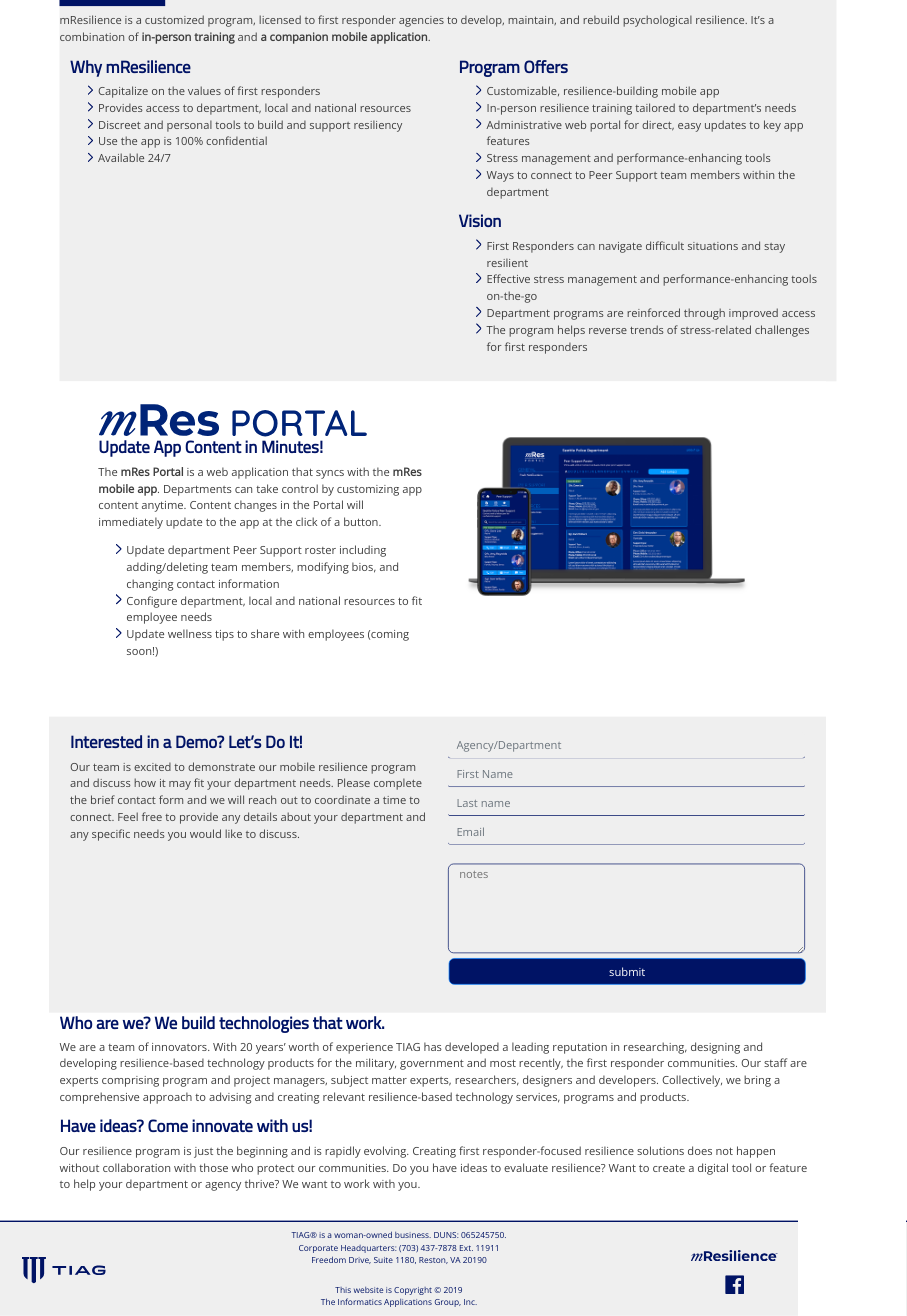
Repository: shenjune/mResilienceWebsite
Page: index.html
These files come from the project's save history. The page is drawn as it stood at one moment and after the next save; the edit follows.
The browser window is 1280 px wide. The page is 1295 px wide, so the pictures cover 1295 px, including what lies to the right of the window. The pictures show the part of the page from y = 1304 to 3184 px (the page is 3184 px tall), at 70% of full size.
Some web libraries are served in a nearby version.

Above is the page before, as saved 2019-11-11 08:45:51.

### index.html
<!doctype html>
<html lang="en">
<head>
	<title>TIAG mResilience</title>
	<!-- Required meta tags -->
	<meta charset="utf-8">
	<meta name="viewport" content="width=device-width, initial-scale=1, shrink-to-fit=no">

	<!-- NOTE: moved reset to before all other stylesheets -->
	<link rel="reset" href="./Assets/reset.css">

	<!-- Google Fonts -->
	<link href="https://fonts.googleapis.com/css?family=Titillium+Web&display=swap" rel="stylesheet">
	<link href="https://fonts.googleapis.com/css?family=Open+Sans&display=swap" rel="stylesheet">

	<!-- Bootstrap CSS -->
	<link rel="stylesheet" href="https://stackpath.bootstrapcdn.com/bootstrap/4.3.1/css/bootstrap.min.css" integrity="sha384-ggOyR0iXCbMQv3Xipma34MD+dH/1fQ784/j6cY/iJTQUOhcWr7x9JvoRxT2MZw1T" crossorigin="anonymous">

	<!-- Font Awesome CSS Icons (For cool glyphicons) -->
	<link rel="stylesheet" href="https://maxcdn.bootstrapcdn.com/font-awesome/4.5.0/css/font-awesome.min.css" />

	<!-- CSS Stylesheet -->
	<!-- NOTE: removed `media="screen"` attribute below since there's only one custom stylesheet -->
	<link rel="stylesheet" href="style.css"/>

</head>

<body>

<!-- 01 Nav -->
	<nav class="navbar navbar-expand-lg nav-bg-color navbar-light" id="nav">
		<a class="navbar-brand" href="#">
			<img src="Assets/Images/mResFullLogo1.svg" alt="mResilience Logo" class="img-fluid">
		</a>
		<button class="navbar-toggler" type="button" data-toggle="collapse" data-target="#navbarSupportedContent" aria-controls="navbarSupportedContent" aria-expanded="false" aria-label="Toggle navigation">
			<span class="navbar-toggler-icon"></span>
		</button>

		<!--Start of NavBar links-->
		<div class="collapse navbar-collapse titillium-font" id="navbarSupportedContent">
			<ul class="navbar-nav ml-auto">
			<!--NavBar Main Link-->
				<li class="nav-item">
					<a class="nav-link" href="#main"><h5 class= "secondFont">Main</h5><span class="sr-only">(current)</span></a>
				</li>
				<!--NavBar Why Link-->
				<li class="nav-item">
					<a class="nav-link" href="#why"><h5 class= "secondFont">The Why</h5></a>
				</li>
				<!--NavBar Features Link-->
				<li class="nav-item">
					<a class="nav-link" href="#portal-div"><h5 class= "secondFont">Features</h5></a>
				</li>
				<!--NavBar Contact Link-->
				<li class="nav-item">
					<a class="nav-link" href="#back-form"><h5 class= "secondFont">Contact</h5></a>
				</li>
				<!--NavBar About Link-->
				<li class="nav-item">
					<a class="nav-link" href="#about"><h5 class= "secondFont">About</h5></a>
				</li>
				<!--NavBar Facebook Link-->
				<li class="nav-item" id="nav-fb">
					<a href="https://www.facebook.com/mresilience/"  target= "_blank" class="nav-link"><img src="Assets/Images/Facebook.svg" alt="facebook logo"></a>
				</li>
				<!--NavBar TIAG Link to www.tiag.net-->
				<li class="nav-item" id="nav-tiag">
					<a href="http://tiag.net" target="_blank" class="nav-link"><img src="Assets/Images/TIAGlogo.svg" height="25Spx" alt="TIAG logo"></a>
				</li>
			</ul>
		</div>
	</nav>

	<!-- 02 Main -->
	<div class="row" id="main">
		<div class="col-lg-7 ml-auto col-sm-12">
			<img src="Assets/Images/01MainPhone.png" width="100%">
		</div>
		<div class="align-left col-lg-5 ml-auto ">
			<!-- Beginning header image and opening paragraph -->
			<img src="Assets/Images/mResLogo.svg" alt="mResLogo" class="mobilePadding" id="mResLogo">
			<h4 class="secondFont mobilePadding">
				Mobile App for First Responders
			</h4>
			<p class="lead mobilePadding" id="leadText">A customizable resilience-building app available 24/7 that provides direct access to peer support, department supported resources, and stress management tools.</p>
		</div>

		<div class="col-12" id="mainBottomImage">
			<!-- NOTE: style this image using id or class in the stylesheet -->
			<img src="Assets/Images/02MainFooterImage.png" id="mainBottomImage" alt="image of first responders">
		</div>
	</div>

	<div class="container" id="everything">
		<!-- 03 The Why -->
		<div id="why" class="container">
			<div class="row">
				<div class="col-12" id= "3A">
					<!-- 03A: First Responder Challenges section-->
					<div class="row" id="challengesHeader">
						<h4 class="invert">First Responder Challenges</h4>
					</div>

					<!-- 03A: First Responder Challenges text -->
					<div class="row" id="challengeStatement">
						<p>First responders put resilience to the test every day. The ability to “bounce back” is critical to do the work of protecting and saving lives. But the challenges of first responder work hit at the core. <strong>Strengthening</strong> and <strongaintaining resilience</strong> are the cornerstone of any prevention program.</p>
					</div>

					<!-- 03A: Bullet Points -->
					<div class="row" id="titles">
						<!-- STRESS SECTION -->
						<div class="col-lg-6 col-sm-12" id="stressSubHeader">
							<h4 class= "secondFont">Effects of Stress & Trauma</h4>
							<!-- STRESS PTS -->
							<div class="row">
							<!-- STRESS BULLET POINTS I-->
								<div class="col-6" >
									<ul class="checkBullets">
										<li>Burnout</li>
										<li>Obesity</li>
										<li>Substance Abuse</li>
										<li>PTSD</li>
										<li>Depression</li>
									</ul>
								</div>
						<!-- STRESS BULLET POINTS PT II-->
								<div class="col-6" >
									<ul class="checkBullets">
										<li>Anxiety</li>
										<li>Domestic Abuse</li>
										<li>Suicide</li>
										<li>Poor cardiac health</li>
										<li>Agitation/Anger</li>
									</ul>
								</div>
							</div>
						</div>

						<!-- DEPARTMENT SECTION -->
						<div class="col-lg-6 col-sm-12" id="challengesSubHeader">
							<h4 class= "secondFont">Department Challenges</h4>
							<div class="row">
							<!-- DEPARTMENT PTS -->
								<div class="col-12" id="challengebullets">
									<ul class= "exPt">
										<li>Impact of stress on productivity, performance and retention</li>
										<li>Cost-effective ways to address the mental challenges of the job</li>
										<li>The stigma against seeking psychological help</li>
									</ul>
								</div>
							</div>
						</div>
					</div>
				</div>
			</div>

			<!--03B: The Solution Section-->
			<div id="solutionSection">
				<!-- Solution Title -->
				<div class="row" id="solutionHeader">
					<h4 class="invert">The Solution</h4>
				</div>

				<!-- Solution Statement -->
				<div class="row" id="solutionStatement">
					<p>mResilience is a customized program, licensed to first responder agencies to develop, maintain, and rebuild psychological resilience. It’s a combination of <strong>in-person training</strong> and <strong>a companion mobile application</strong>.</p>
				</div>

				<!-- Solution Bullet Points -->
				<div class="row" id="titles2">
					<div class="col-lg-6 ml-auto col-sm-12" id="whymResSubHeader">
						<h4 class="secondFont">Why mResilience</h4>
						<ul class="arrow" id="whyBullets">
							<li>Capitalize on the values of first responders</li>
							<li>Provides access to department, local and national resources</li>
							<li>Discreet and personal tools to build and support resiliency</li>
							<li>Use the app is 100% confidential</li>
							<li>Available 24/7</li>
						</ul>
					</div>

				<!-- <div id="programOffers"> -->
					<div class="col-lg-6 ml-auto col-sm-12" id="programSubHeader">
						<h4 class="secondFont">Program Offers</h4>
						<ul class="arrow" id="offerBullets">
							<li>Customizable, resilience-building mobile app</li>
							<li>In-person resilience training tailored to department’s needs</li>
							<li>Administrative web portal for direct, easy updates to key app features</li>
							<li>Stress management and performance-enhancing tools</li>
							<li>Ways to connect to Peer Support team members within the department</li>
						</ul>
					</div>
				</div>

				<!-- Vision Bullet Points -->
				<!-- need to add align left to this div -->
				<div class="row">
					<div class="col-lg-6 ml-auto col-sm-12" id="visionSubheader">
						<h4 class="secondFont">Vision</h4>
						<ul class="arrow">
							<li>First Responders can navigate difficult situations and stay resilient</li>
							<li>Effective stress management and performance-enhancing tools on-the-go</li>
							<li>Department programs are reinforced through improved access</li>
							<li>The program helps reverse trends of stress-related challenges for first responders</li>
						</ul>
					</div>
				</div>
			</div>
		</div>

		<!-- 04 PORTAL DIV -->
		<div id="portal-div" class="container row">
			<!-- div for the portal text -->
			<div class="col-lg-6 ml-auto col-sm-12">
				<img id="portallogo" src="Assets/Images/portallogo2.svg" alt="mResLogo">
				<h4 class= "secondFont">Update App Content in Minutes!</h4>
				<p>The <strong>mRes Portal</strong> is a web application that syncs with the <strong>mRes mobile app</strong>. Departments can take control by customizing app content anytime. Content changes in the Portal will immediately update to the app at the click of a button.</p>

				<ul class="arrow">
					<li>Update department Peer Support roster including adding/deleting team members, modifying bios, and changing contact information</li>
					<li>Configure department, local and national resources to fit employee needs</li>
					<li>Update wellness tips to share with employees (coming soon!)</li>
				</ul>
			</div>

		<!-- div for the Feature images -->
			<div class="col-lg-6 col-sm-12">
				<img id='portalImg' src="Assets/Images/portal.png" alt="portalImg">
			</div>
		</div>

		<!---- 05 Contact Form ---->
		<div id="back-form" class="container mobilePadding2 row">
			<div class="col-lg-6 col-sm-12">
				<h4 class="secondFont">Interested in a Demo? Let’s Do It!</h4>
				<p>Our team is excited to demonstrate our mobile resilience program and discuss how it may fit your department needs. Please complete the brief contact form and we will reach out to coordinate a time to connect. Feel free to provide any details about your department and any specific needs you would like to discuss.</p>
			</div>

			<form class= "col-lg-6 col-sm-12" id="back-form2">
			<!-- INPUT SECTION -->
				<div class="form-group" >
					<!-- Department input -->
					<input type="text" class="form-control input-border" id="user-dept" placeholder="Agency/Department">

					<!-- First name input -->
					<input type="text" class="form-control input-border" id="user-name" placeholder="First Name">

					<!-- Last name input -->
					<input type="text" class="form-control input-border" id="user-last-name" placeholder="Last name">

					<!-- Email input -->
					<input type="email" class="form-control input-border" id="user-email" placeholder="Email">

					<!-- Notes input -->
					<label for="message"></label>
					<textarea class="col-lg-12" id="message" name="message" required="required" placeholder="notes"></textarea>

				<!-- Submit button -->
					<button type="submit" class="btn btn-primary" id="send">submit</button>
				</div>
			</form>
		</div>

		<!--06 About TIAG goes here-->
		<div id="about" class="container mobilePadding2 row">
			<h4 class="secondFont" id="whoWeAre">
				<strong>Who are we?</strong>  We build technologies that work.
			</h4>
			<p id ="whoWeAreP">We are a team of innovators. With 20 years’ worth of experience TIAG has developed a leading reputation in researching, designing and developing resilience-based technology products for the military, government and most recently, the first responder communities. Our staff are experts comprising program and project managers, subject matter experts, researchers, designers and developers. Collectively, we bring a comprehensive approach to advising and creating relevant resilience-based technology services, programs and products.</p>
			<h4 class="secondFont" id="haveIdeas">
				<strong>Have ideas?</strong> Come innovate with us!
			</h4>
			<p id="haveIdeasP">Our resilience program is just the beginning and is rapidly evolving. Creating first responder-focused resilience solutions does not happen without collaboration with those who protect our communities. Do you have ideas to evaluate resilience? Want to create a digital tool or feature to help your department or agency thrive? We want to work with you.</p>
			<br>
		</div>
	</div>

	<!-- FOOTER FOR THE WEBSITE -->
	<footer class="footer container">
		<div id= "footer-row" class="row">
		<!-- footer conditions in Javascript will reference this div -->
		</div>
	</footer>

	<!-- Optional JavaScript -->
	<!-- jQuery first, then Popper.js, then Bootstrap JS -->
	<script src="https://code.jquery.com/jquery-3.1.1.min.js"></script>
	<script src="https://cdnjs.cloudflare.com/ajax/libs/twitter-bootstrap/4.0.0/js/bootstrap.bundle.min.js"></script>

	<!-- commented out to make nytimes api work -->
	<!-- <script src="https://code.jquery.com/jquery-3.3.1.slim.min.js" integrity="sha384-q8i/X+965DzO0rT7abK41JStQIAqVgRVzpbzo5smXKp4YfRvH+8abtTE1Pi6jizo" crossorigin="anonymous"></script> -->
	<script src="https://cdnjs.cloudflare.com/ajax/libs/popper.js/1.14.7/umd/popper.min.js" integrity="sha384-UO2eT0CpHqdSJQ6hJty5KVphtPhzWj9WO1clHTMGa3JDZwrnQq4sF86dIHNDz0W1" crossorigin="anonymous"></script>
	<script src="https://stackpath.bootstrapcdn.com/bootstrap/4.3.1/js/bootstrap.min.js" integrity="sha384-JjSmVgyd0p3pXB1rRibZUAYoIIy6OrQ6VrjIEaFf/nJGzIxFDsf4x0xIM+B07jRM" crossorigin="anonymous"></script>

	<!-- script link to send email from contact form to tiag -->
	<script src="https://smtpjs.com/v3/smtp.js"></script>
	<script src="script.js"></script>

</body>
</html>

### style.css
/* BODY */

body {
    /*  APPLIES OPEN SANS WITH GREY COLOR TO WHOLE PAGE */
    /*  Desired effect is making all text the grey and sans */
    font-family: 'Open Sans', sans-serif;
    color: #3e3e3e;
    width: 100%;
    font-weight: normal;
}

/*  CLASS FOR TITILLIUM FONT WITH BLUE COLOR */

.secondFont {
    font-family: 'Titillium Web', sans-serif;
    color: #001365;
    font-weight: bold;
}

/*  CLASS FOR INVERTED HEADER */

.invert {
    margin-top: 15px;
    font-family: 'Titillium Web', sans-serif;
    color: #eeeeee;
    background-color: #001365;
    padding: 10px;
    padding-left: 15px;
}

/* 01 Nav */

/*scroll-behavior animation for Chrome and FoxFire*/
html {
    scroll-behavior: smooth;
}

#nav{
    position: fixed;
    z-index: 1;
}

nav {
    background-color: #efefef;
    border-bottom: 2px solid #001365;
    top: 0;
    width: 100%;
}

.nav-link {
    margin-right: 15px;
    padding: 5px;
    margin-top: 0px;
    align-items: center;
    justify-content: center;
    }

.nav-link h5:hover {
    font-family: 'Titillium Web', sans-serif;
    color: #eeeeee;
    background-color: #001365;
    }


/* 02 Main Section */

div#main.row{
    margin-top: 8%;
}

#main h4 {
    margin-top: 30px;
}

#mResLogo {
    margin-top: 5%;
}

#mainBottomImage {
    width: 100%;
    height: auto;
    margin: 0 auto;
    position: relative;
    top: 0;
    bottom:0;
    z-index: -1;
}
/* White mResilience Logo that overlays on the people picture under the mobile app image in 02. Main section*/
/*div img#whiteLogo {
    margin: 10% 35%;
    position: absolute;
} */

/* 03 The Why Section */

#why {
    background:#efefef;
    padding-bottom: 2%;
}

.checkBullets {
    list-style-image: url('Assets/Images/02checkmark.svg');
}

.exPt {
    list-style-image: url('Assets/Images/02exclamation.svg');
}

.arrow {
    list-style-image: url('Assets/Images/02arrow.svg')
}

/* 04 Portal Section*/

#portal-div {
    color:#3e3e3e;
    background:white;
    width:100%;
    padding-top: 2%;
    padding-left: 5%;
    padding-right: 5%;
    padding-bottom:5%;
}

#portallogo {
    height: 12%;
    margin-top: 2%;

}

#portalImg {
    width:100%;
    height:auto;
    padding-top: 8%;
    padding-right:3%;
}

/* 05 contact form */

#back-form {
    background:#efefef;
    padding-top: 2%;
    padding-bottom: 2%;
}
div.container div.row h4.secondFont{
    padding-top: 0%;
}

div.container div.row form#back-form.col-lg-6.col-sm-12{
    padding-top:2%;
    padding-left: 0%;
}
/* 05 Contact form border & background color by ID */

.input-row {
    margin-top:10px;
    margin-bottom:10px;
}

#user-dept {
    background:#efefef;
}

#user-name {
    background:#efefef;
}

#user-last-name {
    background:#efefef;
}

#user-email {
    background:#efefef;
}

#message{
    border-radius: 8px;
    height: 8em;
    border: 1.5px solid #001365;
    background:#efefef;
}

.input-border {
    border-style: none;
    border-bottom: 1.5px solid #001365;
    margin-bottom: .20em;
}

#send{
    width: 100%;
    margin: 1px;
    background-color: #001365;
    border-radius:8px;
}

#send:hover{
    background-color: #EFEFEF;
    color:#001365;
}

/*Footer*/
.footer {
    border-top: 2px solid #001365;
    padding: 10px;
    bottom: 0;
    width: 100%;
    background: #efefef;
    text-align: center;
    color: #001365;
    float: left;

}

.pFooter {
    font-size: 12px;
    margin: 0px;
    line-height: 1.5em;
}

.footerImage {
    padding: 10px;
    margin-left: auto;
    margin-right: auto;
}

h3 {
    color: #001365;
}

/* when the screen is mobile the padding for the 02 Main section and 06 About sections are given more space for readability */
@media only screen and (max-width:600px){
    .mobilePadding {
        padding-left:13%;
        padding-right: 5%;
    }

    .mobilePadding2 {
        padding-left: 8%;
        padding-right: 5%;
    }

    #portallogo {
        height: 10%;
        padding-bottom: 3%;
    }
};

/* when the screen is for a desktop the padding for the 02 Main is change for nicer visual spacing */
@media only screen and (min-width: 768px) {
    #leadText {
        padding-right: 15%;
    }

    #portallogo {
        height: 12%;
        padding-bottom: 3%;
    }
};

### script.js
//IN THIS FILE:
// 06. Code for Footer styling for device size
// 04. Code for Email Validation API (requirement for class).

'use strict';

var department; // not sure we will need this one
var name;
var lastName;
var emailAddress;
var comments;
var x = window.matchMedia("(max-width: 700px)");

//O6. FOOTER
// foot icons
var icon1=$('<a target="_blank" href="http://tiag.net/"><img class= "footerImage center-block" src= "Assets/Images/TIAGlogo.svg" alt= "TIAGlogo" style= "margin-top: 30px;"></a>');
var icon2=$('<img class= "footerImage" src= "Assets/Images/mresilience_sm_blue.svg" alt= "mresilience_sm_blue" style= "margin-top: 20px;">');
var icon3=$('<a target="_blank" href="https://www.facebook.com/mresilience/"><img class= "footerImage" src= "Assets/Images/Facebook.svg" alt="fbLogo"></a>');

// footer text
var p1 =$('<p class= "pFooter"> TIAG® is a woman-owned business. DUNS: 065245750.</p>');
var p2 =$('<p class= "pFooter"> Corporate Headquarters: (703) 437-7878 Ext. 11911 </p>');
var p3 =$('<p class= "pFooter"> Freedom Drive, Suite 1180, Reston, VA 20190 </p>');
var p4 =$('<p class= "pFooter"> This website is Copyright © 2019 </p>');
var p5 =$('<p class= "pFooter"> The Informatics Applications Group, Inc. </p>');

function checkMobile(x){
    if(x.matches) {
        $('#footer-row').empty();
        var mobileMiddle1 = $("<div id= 'footer-body' class= 'col-sm-12'>").appendTo('#footer-row');
            // adding Text
            $(p1).appendTo(mobileMiddle1);
            $(p2).appendTo(mobileMiddle1);
            $(p3).appendTo(mobileMiddle1);
            $('<br>').appendTo(mobileMiddle1);
            $(p4).appendTo(mobileMiddle1);
            $(p5).appendTo(mobileMiddle1);

        var mobileMiddle2 = $("<div style= 'width:100%' class= 'col-sm-12'>").appendTo('#footer-row');
            // adding icons
            $(icon1).appendTo(mobileMiddle2);
            $(icon2).appendTo(mobileMiddle2);
            $(icon3).appendTo(mobileMiddle2);
    }
    else {
        $('#footer-row').empty();

         // adds first icon to the footer (left)
        var leftSide= $("<div class= 'col-2'>").appendTo('#footer-row');
        $(icon1).appendTo(leftSide);

         // adds footer text to the footer (middle)
        var middleSide= $("<div id= 'footer-body' class= 'col-8'>").appendTo('#footer-row');
        $(p1).appendTo(middleSide);
        $(p2).appendTo(middleSide);
        $(p3).appendTo(middleSide);
        $('<br>').appendTo(middleSide);
        $(p4).appendTo(middleSide);
        $(p5).appendTo(middleSide);

         // adds icons to the footer (right)
        var rightSide= $("<div class= 'col-2'>").appendTo('#footer-row');
        $(icon2).appendTo(rightSide);
        $(icon3).appendTo(rightSide);
    }
}

checkMobile(x); // call function at run time
x.addListener(checkMobile); // attatch listener function on state change



//04 CONTACT FORM with Email Validation API//

// function to gather the contact info
function contact() {
    name = $('#user-name').val().trim();
    emailAddress = $('#user-email').val().trim();
    comments = $('#message').val().trim();
};

// Email Validation
var access_key = '7f95822a0882fc130f048a764288d1c1';
var email_address = 'support@apilayer.com';
function validateEmail(cb) {
    // verify email address via AJAX call
    return $.ajax({
        url: 'https://apilayer.net/api/check?access_key=' + access_key + '&email=' + emailAddress,
        dataType: 'jsonp',
        success: function (json) {
            // console.log(json);
            // Access and use your preferred validation result objects
            // console.log(json.format_valid);
            // console.log(json.smtp_check);
            // console.log(json.score);
            // cb(format_valid, smtp_check)
            return json
        }
    });
};

// click event on submit button will get contact() to run
$('#back-form').on('submit', async function (stop) {
    stop.preventDefault();
    contact();
//$('#user-name').empty();

    var validate = await validateEmail();
    // console.log(validate)
    const { format_valid, smtp_check } = validate;

    // if validEmail is true, alert to the user, enter in a valid email
    if (smtp_check === true && format_valid === true) {

        Email.send({
            Host: 'smtp25.elasticemail.com',
            Username: 'marinocarranza@hotmail.com',
            Password: 'a5b01d0e-fdfe-4593-8205-cb8f0d332406',
            To: 'jjune@tiag.net',    //my preferred email
            From: 'marinocarranza@hotmail.com',  //user input
            Subject: `${name} PORTFOLIO feedback`,    // user input
            Body: `${name} had this to say: ${comments}    ===>  Write back at ${emailAddress}`   // will come from user input in the comment form
        }).then(
            message => alert("Thank you for your feedback! An mResilience member will get back to you soon!")    // when email sends
        )}else {
        alert('Please provide valid email');    // when email is invalid
    };

    //$('#back-form').reset();
    $("#user-dept").val("");
    $("#user-name").val("");
    $("#user-last-name").val("");
    $("#user-email").val("");
    $("#message").val("");
});

After the next save:
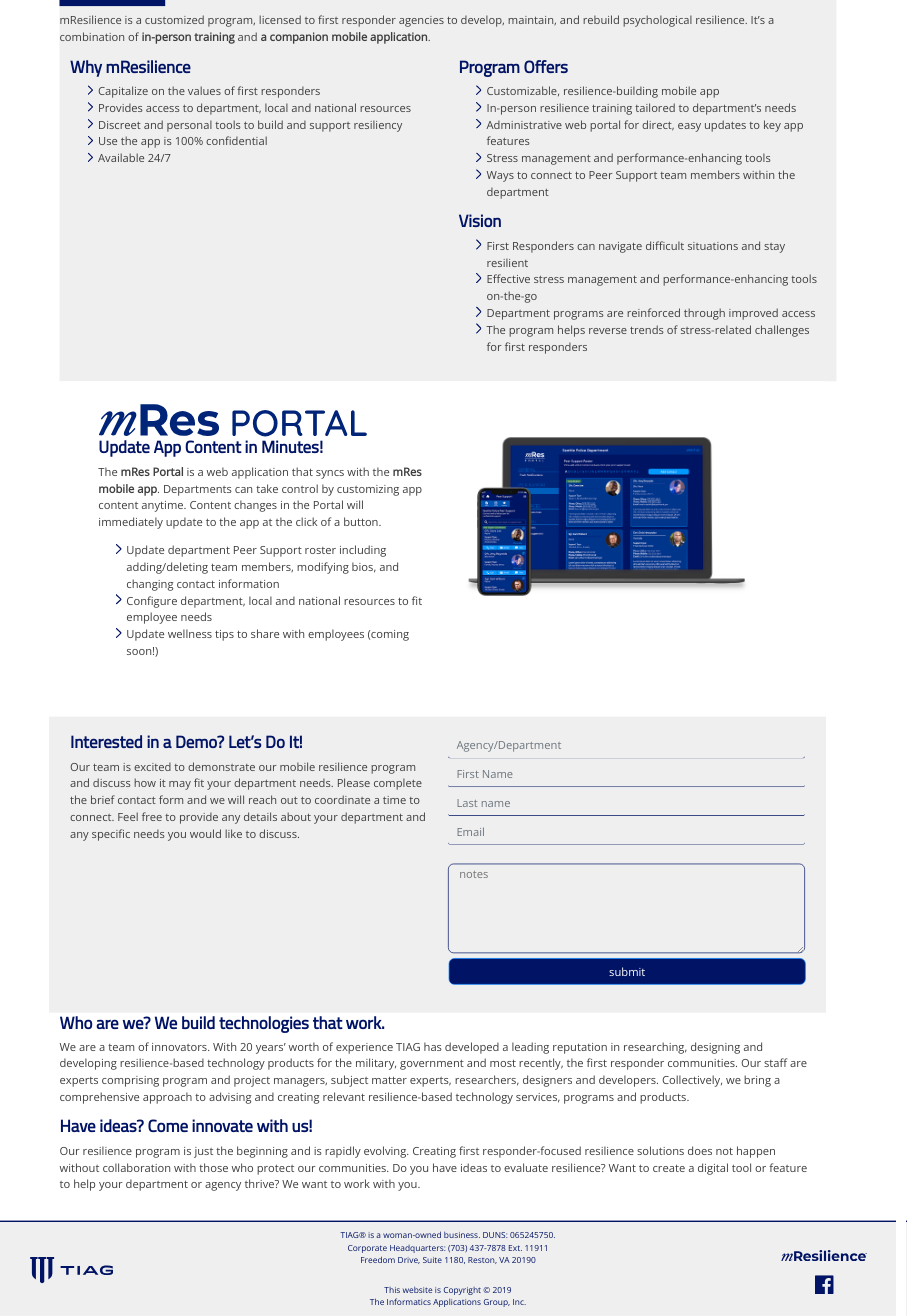
Saved 15 s later.
--- a/index.html
+++ b/index.html
@@ -276,7 +276,7 @@
 	</div>
 
 	<!-- FOOTER FOR THE WEBSITE -->
-	<footer class="footer container">
+	<footer class="footer">
 		<div id= "footer-row" class="row">
 		<!-- footer conditions in Javascript will reference this div -->
 		</div>
